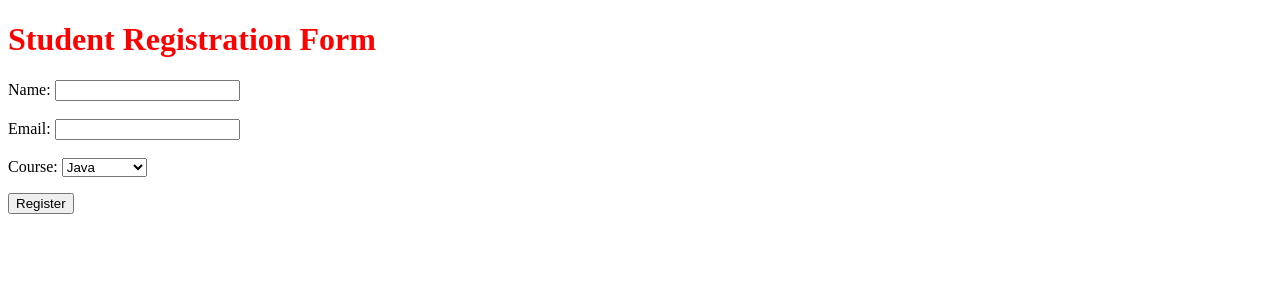
Repository: anik3395/JavaServletProjects
Page: eclipse-workspace/StudentRegistrationSystem/src/main/webapp/registration.html
These files come from the project's save history. The page is drawn as it stood at one moment and after the next save; the edit follows.
The browser window is 1280 px wide. The pictures show the whole page.

Above is the page before, as saved 2024-10-22 14:01:44.

### eclipse-workspace/StudentRegistrationSystem/src/main/webapp/registration.html
<!DOCTYPE html>
<html>
<head>
<meta charset="UTF-8">
<title>Student Registration Form</title>
</head>
<body>

<h1 style="color:red;">Student Registration Form</h1>

 <!-- Create a form for Registration -->
<form action="register" method="post">

<!-- Create all input field  -->
Name: <input type="text" name="name" required><br><br>

Email: <input type="email" name="email" required><br><br>

Course: <select name="course">
            <option >Java</option>
            <option >Python</option>
            <option >JavaScript</option>
            <option> C </option>
            <option>C++</option>

</select>
<p></p>
<!-- Submit button to register the student -->
<input type="submit" value="Register">

</form>

</body>
</html>

After the next save:
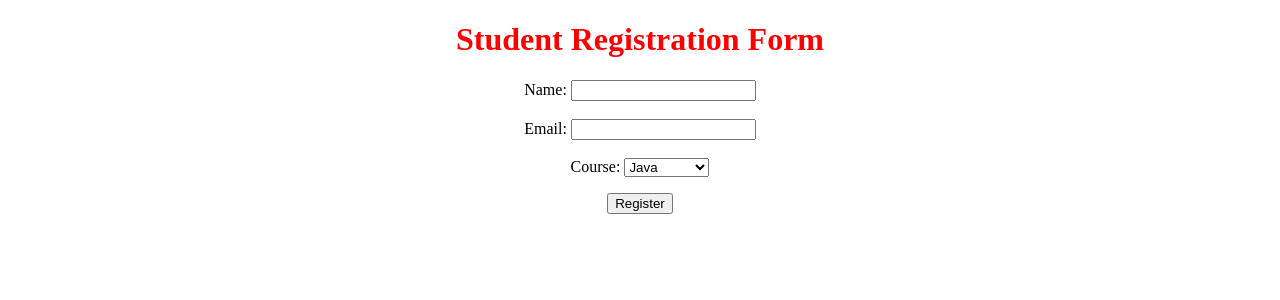
Saved 81 s later.
--- a/eclipse-workspace/StudentRegistrationSystem/src/main/webapp/registration.html
+++ b/eclipse-workspace/StudentRegistrationSystem/src/main/webapp/registration.html
@@ -4,7 +4,7 @@
 <meta charset="UTF-8">
 <title>Student Registration Form</title>
 </head>
-<body>
+<body style="text-align:center;">
 
 <h1 style="color:red;">Student Registration Form</h1>
 
